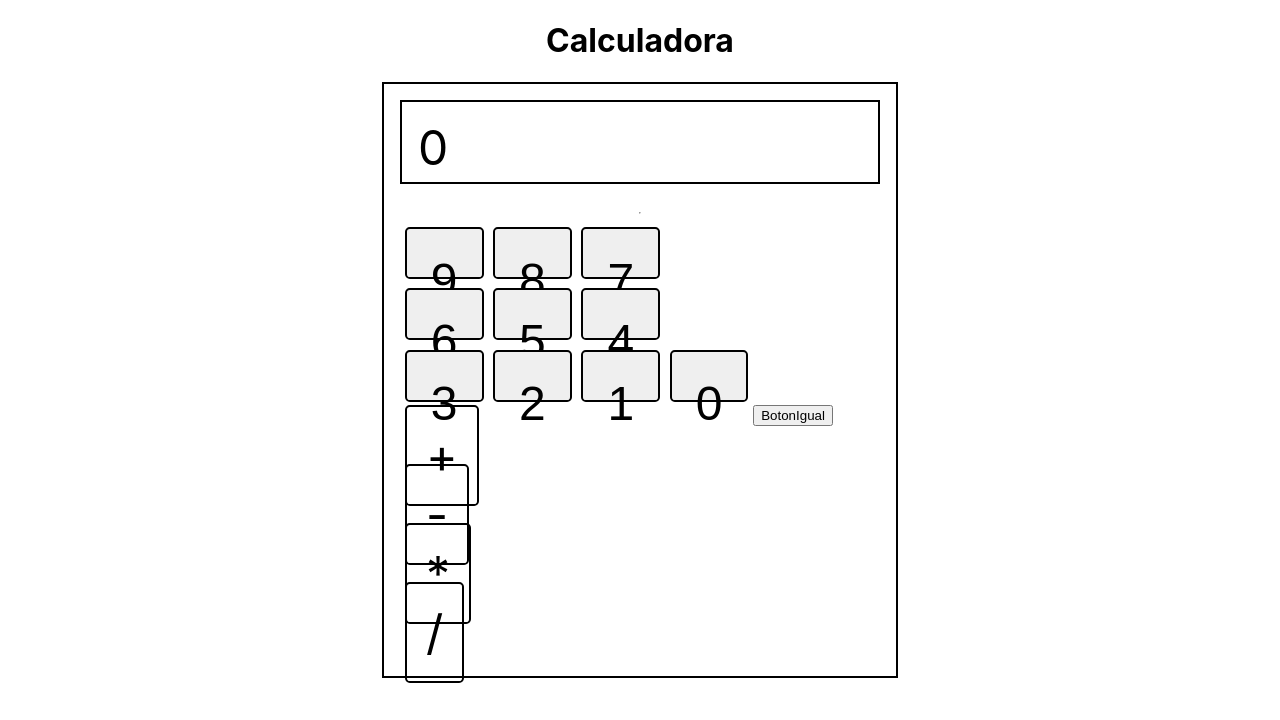
Repository: yamaka/curso-react-febrero-2022
Page: /
The author's editor kept a copy of each file at every save. The page is drawn from the files as they stood at one save, then again after the next save.
The browser window is 1280 px wide. The pictures show the whole page.
The project was rebuilt for these pictures with package versions that can differ from the ones it lists, and the page was loaded fresh each time. Also part of the build but not shown: src/App.css, src/components/Zanahoria/Zanahoria.css, src/components/Zanahoria/Zanahoria.js, src/components/Zanahorias/Zanahorias.js, src/components/Lechuga/Lechuga.css, src/components/Lechuga/Lechuga.js, src/components/Calculadora/Calculadora.css, src/components/Calculadora/Calculadora.js and 3 more.

Above is the page before, as saved 2022-03-02 18:35:49.

### src/index.js
import React from 'react';
import ReactDOM from 'react-dom';
import './index.css';
import App from './App';
import reportWebVitals from './reportWebVitals';

ReactDOM.render(
  <React.StrictMode>
    <App />
  </React.StrictMode>,
  document.getElementById('root')
);

// If you want to start measuring performance in your app, pass a function
// to log results (for example: reportWebVitals(console.log))
// or send to an analytics endpoint. Learn more: https://bit.ly/CRA-vitals
reportWebVitals();

### src/App.js
import logo from './logo.svg';
import './App.css';
import Zanahorias from './components/Zanahorias/Zanahorias';
import Lechuga from './components/Lechuga/Lechuga';
import Calculadora from './components/Calculadora/Calculadora';
import CiclosVida from './components/CiclosVida/CiclosVida';
import CalculadoraHooks from './hooks/Calculadora/Calculadora'

function App() {
  return (
    <div style={{
      display: 'flex',
      flexDirection: 'column',
      justifyContent: 'center',
      alignItems: 'center'
    }}>
      {/* componentes sin estado  */}
      {/* <h1>Componentes sin estado  funcionales</h1>
      <h2>Verduleria</h2>
      <Zanahorias titulo={"zanahorias super economicas"} cantidad={3} />  */}
        {/* hacer lo mismo con lechugas */}
      {/* componentes con estado */}
      {/* <h1>componentes con estado como clase</h1>
      <Calculadora/> */}
      {/* <CiclosVida/> */}
      <CalculadoraHooks/>
    </div>
  );
}

export default App;

### src/hooks/Calculadora/Calculadora.js
//componentes como funcionales con estado
import React, { useState } from "react";
import Input from "../components/Input/Input";
import BotonNumerico from "../components/BotonNumerico/BotonNumerico";
import BotonOperacion from "../components/BotonOperacion/BotonOperacion";
import BotonIgual from "../components/BotonIgual/BotonIgual";

import "./Calculadora.css";

const Calculadora = () => {
  const [display, setDisplay] = useState("0");
  const [operandoA, setOperandoA] = useState(0);
  const [operandoB, setOperandoB] = useState(0);
  const [operacion, setOperacion] = useState("+");

  const onPressNumerico = (numero) => {
    if (operandoA == 0) {
      setOperandoA(numero);
      setDisplay(numero);
    } else {
      setOperandoB(numero);
      setDisplay(display + numero);
    }
  };

  const onPressOperacion = (operacion) => {
    setOperacion(operacion);
    setDisplay(display + operacion);
  };

  const calcular = () => {
    switch (operacion) {
      case "+":
        setDisplay((parseInt(operandoA) + parseInt(operandoB)).toString());
    }
  };

  return (
    <div className="container">
      <h1>Calculadora</h1>
      <div className="calculadora-container">
        <Input value={display} />
        <br />
        <hr />
        <div
          style={{
            diplay: "flex",
            flex: 1,
            flexDirection: "row",
            justifyContent: "space-around",
          }}
        >
          <div style={{ diplay: "flex", flex: 1, flexDirection: "row" }}>
            <div
              style={{ display: "flex", flexDirection: "row", width: "480px" }}
            >
              <BotonNumerico value="9" onPress={onPressNumerico} />
              <BotonNumerico value="8" onPress={onPressNumerico} />
              <BotonNumerico value="7" onPress={onPressNumerico} />
            </div>
            <div
              style={{ display: "flex", flexDirection: "row", width: "480px" }}
            >
              <BotonNumerico value="6" onPress={onPressNumerico} />
              <BotonNumerico value="5" onPress={onPressNumerico} />
              <BotonNumerico value="4" onPress={onPressNumerico} />
            </div>
            <div
              style={{ display: "flex", flexDirection: "row", width: "480px" }}
            >
              <BotonNumerico value="3" onPress={onPressNumerico} />
              <BotonNumerico value="2" onPress={onPressNumerico} />
              <BotonNumerico value="1" onPress={onPressNumerico} />

              <div>
                <BotonNumerico value="0" onPress={onPressNumerico} />
                <BotonIgual onPress={calcular} />
              </div>
            </div>
          </div>
          <div
            style={{ diplay: "flex", flexDirection: "column", width: "30%" }}
          >
            <BotonOperacion operator="+" onPress={onPressOperacion} />
            <BotonOperacion operator="-" onPress={onPressOperacion} />
            <BotonOperacion operator="*" onPress={onPressOperacion} />
            <BotonOperacion operator="/" onPress={onPressOperacion} />
          </div>
        </div>
      </div>
    </div>
  );
};

export default Calculadora;

### src/hooks/components/Input/Input.js
import React from 'react'
import './Input.css'
//tarea que los numeros introduciodps vayan a la derecha

const Input = ({value}) => {
  return (
    <div className='input-container'><span>{value}</span></div>
  )
}

export default Input

### src/hooks/components/BotonNumerico/BotonNumerico.js
import React from 'react'
import './BotonNumerico.css';
const BotonNumerico = ({value, onPress}) => {
  return (
    <button className='boton-numerico' onClick={()=>onPress(value)}>{value}</button>
  )
}

export default BotonNumerico

### src/hooks/components/BotonOperacion/BotonOperacion.js
import React from "react";
import "./BotonOperacion.css";

const BotonOperacion = ({ operator, onPress }) => {
  return (
    <div>
      <span className="boton-operacion" onClick={() => onPress(operator)}>
        {operator}
      </span>
    </div>
  );
};

export default BotonOperacion;

### src/hooks/components/BotonIgual/BotonIgual.js
import React from 'react'

const BotonIgual = ({onPress}) => {
  return (
    <button onClick={() => onPress()}>BotonIgual</button>
  )
}

export default BotonIgual

### src/hooks/Calculadora/Calculadora.css

.container{
    display: flex;
    flex: 1;
    flex-direction: column;
    align-items: center;

}
.calculadora-container{
    padding: 1rem;
    border: solid 1px;
    border-width: 2px;
    display: flex;
    flex-direction: column;
    width: 30rem;
    height: 35rem;
}

### src/hooks/components/Input/Input.css
.input-container{
    border: solid 1px;
    border-width: 2px;
    height: 3rem;
    font-size: 3rem;
    padding: 1rem;
}

### src/hooks/components/BotonNumerico/BotonNumerico.css
.boton-numerico {
  border: solid 2px;
  padding: 1.5rem;
  border-radius: 0.3rem;
  font-size: 3rem;
  height: 2rem;
  margin: 0.3rem;
}

### src/hooks/components/BotonOperacion/BotonOperacion.css
.boton-operacion {
  border: solid 2px;
  padding: 1.2rem;
  border-radius: 0.3rem;
  font-size: 3rem;

  width: 1rem;
  margin: 0.3rem;
}

Loaded but not shown: public/index.html (common file); src/index.css (common file); src/reportWebVitals.js (common file)

After the next save:
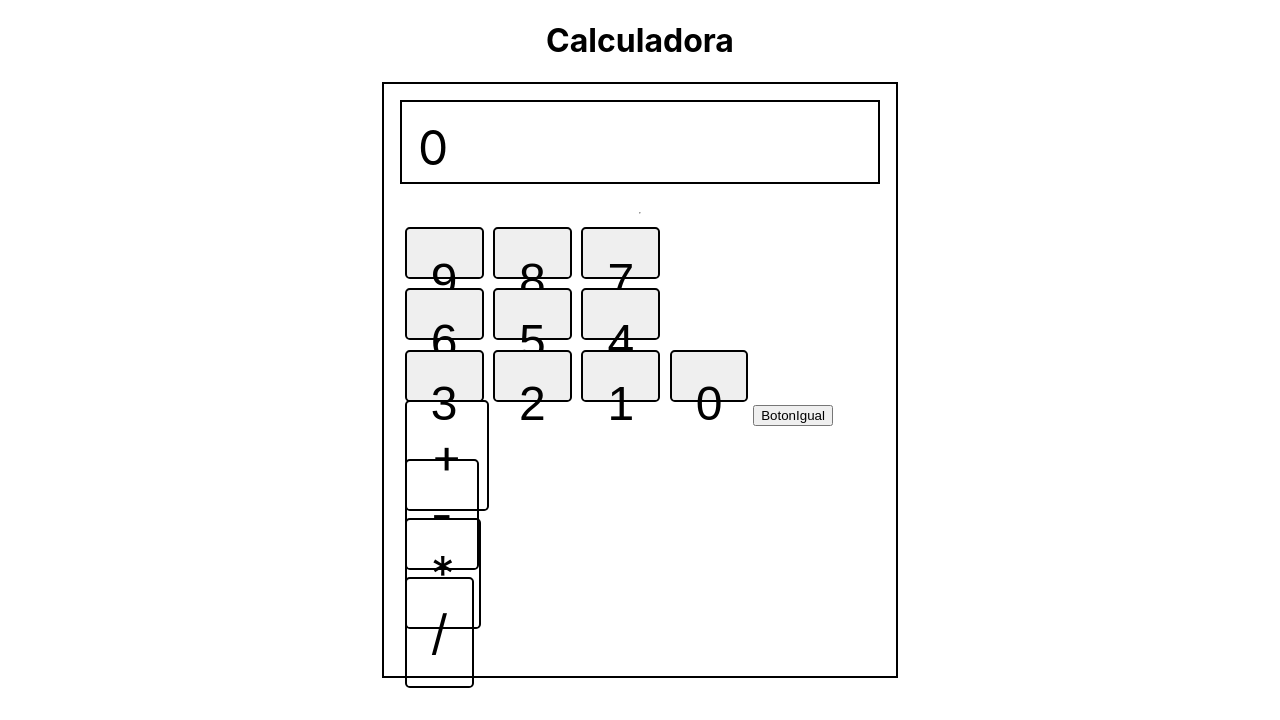
Saved 8 s later.
--- a/src/hooks/components/BotonOperacion/BotonOperacion.css
+++ b/src/hooks/components/BotonOperacion/BotonOperacion.css
@@ -1,9 +1,9 @@
 .boton-operacion {
   border: solid 2px;
-  padding: 1.2rem;
+  padding: 1.5rem;
   border-radius: 0.3rem;
   font-size: 3rem;
-
+  height: 3rem;
   width: 1rem;
   margin: 0.3rem;
 }
